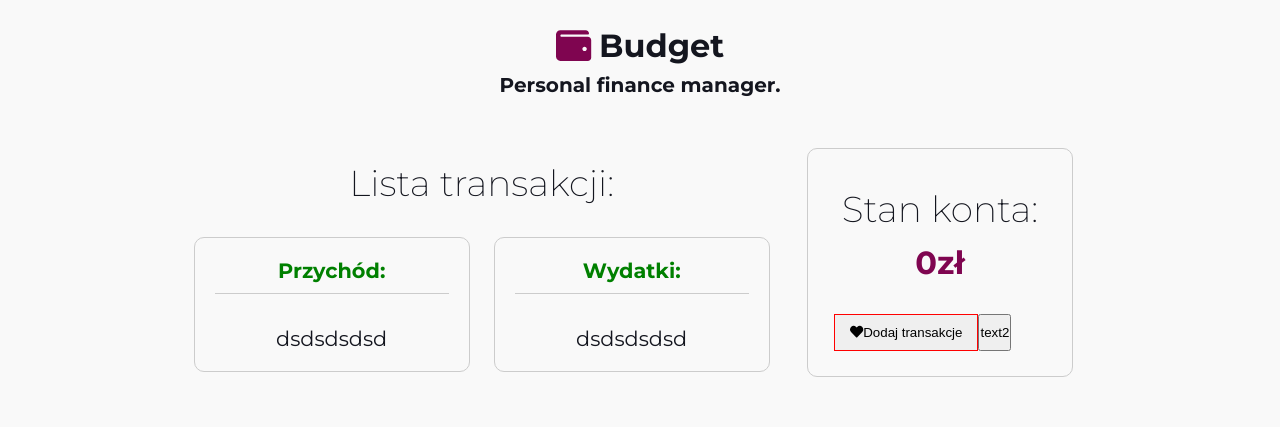
Repository: KrzysKolo/sr_tydzien4_zad4
Page: /
An editor plug-in stored every save of this project. The page is shown before and after the next save, followed by the edit.
The browser window is 1280 px wide. The pictures show the whole page.
Some web libraries are served in a nearby version. The project was rebuilt for these pictures with package versions that can differ from the ones it lists, and the page was loaded fresh each time.

Above is the page before, as saved 2020-11-29 18:37:51.

### public/index.html
<!DOCTYPE html>
<html lang="en">
  <head>
    <meta charset="utf-8" />
    <link rel="icon" href="%PUBLIC_URL%/favicon.ico" />
    <meta name="viewport" content="width=device-width, initial-scale=1" />
    <meta name="theme-color" content="#000000" />
    <meta
      name="description"
      content="Web site created using create-react-app"
    />
    <link rel="apple-touch-icon" href="%PUBLIC_URL%/logo192.png" />
    <!--
      manifest.json provides metadata used when your web app is installed on a
      user's mobile device or desktop. See https://developers.google.com/web/fundamentals/web-app-manifest/
    -->
    <link rel="manifest" href="%PUBLIC_URL%/manifest.json" />
    <!--
      Notice the use of %PUBLIC_URL% in the tags above.
      It will be replaced with the URL of the `public` folder during the build.
      Only files inside the `public` folder can be referenced from the HTML.

      Unlike "/favicon.ico" or "favicon.ico", "%PUBLIC_URL%/favicon.ico" will
      work correctly both with client-side routing and a non-root public URL.
      Learn how to configure a non-root public URL by running `npm run build`.
    -->
    <link
      href="https://fonts.googleapis.com/css?family=Montserrat:200,400,700&display=swap&subset=latin-ext"
      rel="stylesheet"
    />
    <script
      src="https://kit.fontawesome.com/327a0d490c.js"
      crossorigin="anonymous"
    ></script>
    <title>Budget</title>
  </head>
  <body>
    <noscript>You need to enable JavaScript to run this app.</noscript>
    <div id="root"></div>
    <!--
      This HTML file is a template.
      If you open it directly in the browser, you will see an empty page.

      You can add webfonts, meta tags, or analytics to this file.
      The build step will place the bundled scripts into the <body> tag.

      To begin the development, run `npm start` or `yarn start`.
      To create a production bundle, use `npm run build` or `yarn build`.
    -->
  </body>
</html>

### src/App.js
import React from 'react';
import Budget from './components/Budget'

const App = () => {
  return (
    <>
      <Budget/>
    </>
  )
}

export default App;

### src/components/Budget.js
import React from 'react';
import Header from './budgetComponents/Header';
import Section from './budgetComponents/Section';
import SectionInfo from './budgetComponents/SectionInfo';
import H2 from './budgetComponents/sectionComponents/H2';
import styled, { createGlobalStyle } from 'styled-components';

const GlobalStyle = createGlobalStyle`
    * {
        padding: 0;
        margin: 0;
        box-sizing: border-box;
    }
    body {
        background-color: #f9f9f9;
        color: #14161f;
        font-family: "Montserrat", sans-serif;
        font-size: 16px;
        min-height: 100vh;
    }
    `;
const Container = styled.main`
    font-size: 1.5rem;
`;
const SectionContainer = styled.section`
    display: flex;
    flex-direction: row;
    justify-content: center;
    align-items: center;
`;
const SectionBudget = styled.section`
    display: flex;
    flex-direction: column;
    justify-content: center;
    align-items: center;
`;
const DivItems = styled.div`
    display: flex;
    flex-direction: row;
    justify-content: center;
    align-items: center;

`;
const Budget = () => {
    return (
        <>
            <GlobalStyle />
            <Container>
                <Header />
                <SectionContainer>
                    <SectionBudget>
                        <H2 title={"Lista transakcji"} />
                        <DivItems>
                            <Section title={"Przychód"} label={"p"}/>
                            <Section title={"Wydatki"}/>
                        </DivItems>
                    </SectionBudget>
                    <SectionInfo title={"Stan konta"}/>
                </SectionContainer>
            </Container>
        </>
    )
}

export default Budget;

### src/components/budgetComponents/Header.js
import React from 'react';
import styled from 'styled-components';
import { FontAwesomeIcon } from '@fortawesome/react-fontawesome';
import { faWallet } from '@fortawesome/free-solid-svg-icons';

const SectionHeader = styled.header`
    align-items: center;
    color: rgb(127, 5, 80);
    display: flex;
    font-size: 2.2rem;
    flex-direction: column;
    justify-content: center;
    padding: 2%;
`;
const DivHeader = styled.div`
    align-items: center;
    display: flex;
    flex-direction: row;
    justify-content: center;
    margin-bottom: 0.5rem;
`;
const H1Header = styled.h1`
    color: #14161f;
    font-size: 2rem;
    margin-left: .5rem;
`;
const H2Header = styled.h2`
    color: #14161f;
    font-size: 1.25rem;
`;
const Header = () => {
    return (
        <SectionHeader>
            <DivHeader>
                <FontAwesomeIcon icon={faWallet}/>
                <H1Header>Budget</H1Header>
            </DivHeader>
            <H2Header>Personal finance manager.</H2Header>
        </SectionHeader>
    )
}

export default Header;

### src/components/budgetComponents/Section.js
import React from 'react';
import H1 from './sectionComponents/H1';
import styled from 'styled-components';

const SectionWrapper = styled.section`
    border: 1px solid #ccc;
    border-radius: 10px;
    display: flex;
    flex-direction: column;
    font-size: 1.3rem;
    justify-content: center;
    align-items: center;
    margin: 2%;
    padding: 20px;
    width: 300px;
`;
const Section = ({ title, label }) => {
    return (
        <SectionWrapper>
           <H1 title={title} label={label}> </H1>
           <p>dsdsdsdsd</p>
        </SectionWrapper>
    )
}

export default Section;

### src/components/budgetComponents/SectionInfo.js
import React from 'react';
import H2 from './sectionComponents/H2';
import P from './sectionComponents/P';
import Button from './../buttons/Button';
import styled from 'styled-components';
import { FontAwesomeIcon } from '@fortawesome/react-fontawesome';
import { faEllipsisV, faHeart, faShareAlt, faAngleDown } from '@fortawesome/free-solid-svg-icons';
const SectionWrapper = styled.section`
    border: 1px solid #ccc;
    border-radius: 10px;
    display: flex;
    flex-direction: column;
    margin: 2vw;
    padding: 2%;
`;
const ButtonWrapper = styled.div`
    display: flex;
    flex-direction: row;
`;
const Section = ({ title }) => {
    return (
        <SectionWrapper>
           <H2 title={title}> </H2>
           <P />
           <ButtonWrapper>
                <Button title={"Dodaj transakcje"} icons={faHeart} type="submit"/>
                <button type="submit" >text2</button>
           </ButtonWrapper>
        </SectionWrapper>
    )
}

export default Section;

### src/components/budgetComponents/sectionComponents/H2.js
import React from 'react'
import styled from 'styled-components';

const TitleH2 = styled.h2`
    font-weight: 200;
    margin: 2% auto;
    padding: 0.5rem;
`;

const H2 = ({title}) => {
    return (
        <TitleH2>
            {title}:
        </TitleH2>
    )
}

export default H2;

### src/components/budgetComponents/sectionComponents/H1.js
import React from 'react'
import styled from 'styled-components';

const TitleH1 = styled.h1`
    border-bottom: 1px solid #ccc;
    color: ${label => label ? 'green' : 'red'};
    margin-bottom: 2rem;
    padding-bottom: 10px;
    display: block;
    width: 100%;
    text-align: center;
`;

const H1 = ({title, label}) => {
    return (
        <TitleH1>
            {title}:
        </TitleH1>
    )
}

export default H1;

### src/components/budgetComponents/sectionComponents/P.js
import React from 'react';
import styled from 'styled-components';

const InfoP = styled.p`
    color: rgb(127, 5, 80);
    font-size: 2rem;
    font-weight: bold;
    width: 100%auto;
    text-align: center;
    padding-bottom: 2rem;
`;

const P = () => {
    return (
        <InfoP>
            0zł
        </InfoP>
    )
}

export default P;

### src/components/buttons/Button.js
import React from 'react';
import styled from 'styled-components';
import { FontAwesomeIcon } from '@fortawesome/react-fontawesome';

const ButtonDiv = styled.button`
    border: 1px solid red;
    padding: 10px 15px;
    display: flex;
    flex-direction: row;
`;
const Button = ({ title, icons }) => {
    return (
        <ButtonDiv>
            <FontAwesomeIcon icon={icons} />
            <p >{title}</p>
        </ButtonDiv>
    )
}

export default Button;

Loaded but not shown: src/index.js (common file); src/index.css (common file)

After the next save:
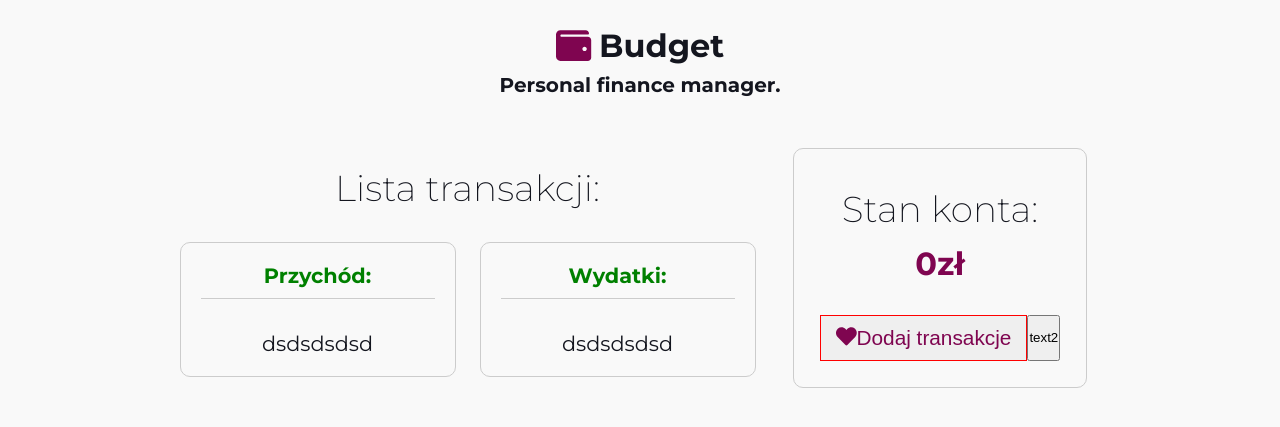
Saved 67 s later.
--- a/src/components/buttons/Button.js
+++ b/src/components/buttons/Button.js
@@ -7,6 +7,8 @@ const ButtonDiv = styled.button`
     padding: 10px 15px;
     display: flex;
     flex-direction: row;
+    color: rgb(127, 5, 80);
+    font-size: 1.3rem;
 `;
 const Button = ({ title, icons }) => {
     return (
